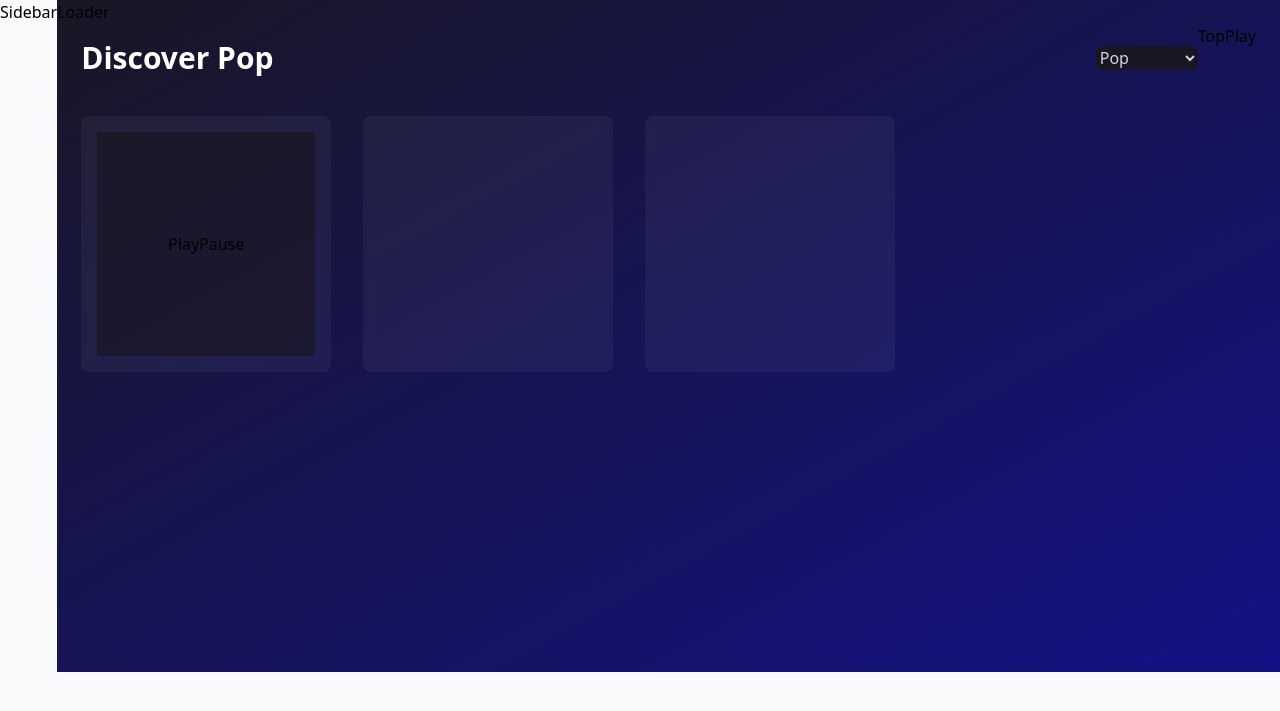
Repository: Chris24T/Dotify
Page: /
An editor plug-in stored every save of this project. The page is shown before and after the next save, followed by the edit.
The browser window is 1280 px wide. The pictures show the whole page.
The project was rebuilt for these pictures with package versions that can differ from the ones it lists, and the page was loaded fresh each time. Also part of the build but not shown: vite.config.js, src/components/ArtistCard.jsx, src/components/DetailsHeader.jsx, src/components/SongBar.jsx, src/components/RelatedSongs.jsx, src/components/MusicPlayer/Controls.jsx, src/components/MusicPlayer/Player.jsx, src/components/MusicPlayer/Seekbar.jsx and 12 more.

Above is the page before, as saved 2022-12-03 22:06:01.

### src/redux/store.js
import { configureStore } from '@reduxjs/toolkit';

import { shazamCoreApi } from './services/shazamCore';
import playerReducer from './features/playerSlice';

export const store = configureStore({
  reducer: {
    player: playerReducer,
    [shazamCoreApi.reducerPath]: shazamCoreApi.reducer,
  },
  middleware: (getDefaultMiddleware) =>
    getDefaultMiddleware().concat(shazamCoreApi.middleware),
});

### src/redux/services/shazamCore.js
import { createApi, fetchBaseQuery } from '@reduxjs/toolkit/query/react';

const baseHeaders = {
  'X-RapidAPI-Key': 'aa86041609msh651730729ed9b3dp1da6e2jsn7ec97b06be13',
  'X-RapidAPI-Host': 'shazam-core.p.rapidapi.com',
};

export const shazamCoreApi = createApi({
  reducerPath: 'shazamCoreApi',
  baseQuery: fetchBaseQuery({
    baseUrl: 'https://shazam-core.p.rapidapi.com/v1',
    prepareHeaders: (headers) => {
      headers.set({ baseHeaders });
      return headers;
    },
  }),
  endpoints: (builder) => ({
    getTopCharts: builder.query({ query: (genre) => '/charts/world' }),
  }),
});
// redux toolkit auto generates a hook
export const { useGetTopChartsQuery } = shazamCoreApi;

### src/redux/features/playerSlice.js
import { createSlice } from '@reduxjs/toolkit';

const initialState = {
  currentSongs: [],
  currentIndex: 0,
  isActive: false,
  isPlaying: false,
  activeSong: {},
  genreListId: '',
};

const playerSlice = createSlice({
  name: 'player',
  initialState,
  reducers: {
    setActiveSong: (state, action) => {
      state.activeSong = action.payload.song;

      if (action.payload?.data?.tracks?.hits) {
        state.currentSongs = action.payload.data.tracks.hits;
      } else if (action.payload?.data?.properties) {
        state.currentSongs = action.payload?.data?.tracks;
      } else {
        state.currentSongs = action.payload.data;
      }

      state.currentIndex = action.payload.i;
      state.isActive = true;
    },

    nextSong: (state, action) => {
      if (state.currentSongs[action.payload]?.track) {
        state.activeSong = state.currentSongs[action.payload]?.track;
      } else {
        state.activeSong = state.currentSongs[action.payload];
      }

      state.currentIndex = action.payload;
      state.isActive = true;
    },

    prevSong: (state, action) => {
      if (state.currentSongs[action.payload]?.track) {
        state.activeSong = state.currentSongs[action.payload]?.track;
      } else {
        state.activeSong = state.currentSongs[action.payload];
      }

      state.currentIndex = action.payload;
      state.isActive = true;
    },

    playPause: (state, action) => {
      state.isPlaying = action.payload;
    },

    selectGenreListId: (state, action) => {
      state.genreListId = action.payload;
    },
  },
});

export const { setActiveSong, nextSong, prevSong, playPause, selectGenreListId } = playerSlice.actions;

export default playerSlice.reducer;

### src/components/SongCard.jsx
import { Link } from 'react-router-dom';
import { useDispatch } from 'react-redux';

import PlayPause from './PlayPause';
import { playPause, setActiveSong } from '../redux/features/playerSlice';

const SongCard = ({ song, i }) => {
  const activeSong = { title: 'Test' };

  return (
    <div
      className="flex flex-col w-[250px] p-4 bg-white/5 bg-opacity-80
     backdrop-blur-sm animate-slideup rounded-lg cursor-pointer"
    >
      <div className="relative w-full h-56 group">
        <div
          className={`absolute inset-0 justify-center items-center
          bg-black bg-opacity-50 group-hover:flex ${
            activeSong?.title === song.title
              ? 'flex bg-black bg-opacity-70'
              : 'hidden'
          }`}
        >
          <PlayPause />
        </div>
      </div>
    </div>
  );
};

export default SongCard;

### src/pages/Discover.jsx
import { Error, Loader, SongCard } from '../components';
import { genres } from '../assets/constants';

import { useGetTopChartsQuery } from '../redux/services/shazamCore';

const Discover = () => {
  // const { data, isFetching, error } = useGetTopChartsQuery();
  const data = [{ title: 'Test' }, { title: 'mySong' }, { title: 'sing' }];
  const isFetching = false;
  const genreTitle = 'Pop';

  if (isFetching) return <Loader title="Loading Songs..." />;
  // if (error) return <Error />;

  return (
    <div className="flex flex-col">
      <div className="w-full flex justify-between items-center sm:flex-row flex-col mt-4 mb-10">
        <h2 className="font-bold text-3xl text-white text-left">
          Discover {genreTitle}
        </h2>
        <select
          onChange={() => {}}
          value=""
          className="bg-black rounded-lg outline-none text-gray-300 sm:mt-0 mt-5"
        >
          {genres.map((genre) => (
            <option key={genre.value} value={genre.value}>
              {genre.title}
            </option>
          ))}
        </select>
      </div>
      <div className="flex flex-wrap sm:justify-start justify-center gap-8">
        {data.map((song, i) => {
          return <SongCard key={song.key} song={song} i={i}></SongCard>;
        })}
      </div>
    </div>
  );
};

export default Discover;

### src/components/PlayPause.jsx
const PlayPause = () => <div>PlayPause</div>;

export default PlayPause;

### src/assets/constants.js
import { HiOutlineHashtag, HiOutlineHome, HiOutlinePhotograph, HiOutlineUserGroup } from 'react-icons/hi';

export const genres = [
  { title: 'Pop', value: 'POP' },
  { title: 'Hip-Hop', value: 'HIP_HOP_RAP' },
  { title: 'Dance', value: 'DANCE' },
  { title: 'Electronic', value: 'ELECTRONIC' },
  { title: 'Soul', value: 'SOUL_RNB' },
  { title: 'Alternative', value: 'ALTERNATIVE' },
  { title: 'Rock', value: 'ROCK' },
  { title: 'Latin', value: 'LATIN' },
  { title: 'Film', value: 'FILM_TV' },
  { title: 'Country', value: 'COUNTRY' },
  { title: 'Worldwide', value: 'WORLDWIDE' },
  { title: 'Reggae', value: 'REGGAE_DANCE_HALL' },
  { title: 'House', value: 'HOUSE' },
  { title: 'K-Pop', value: 'K_POP' },
];

export const links = [
  { name: 'Discover', to: '/', icon: HiOutlineHome },
  { name: 'Around You', to: '/around-you', icon: HiOutlinePhotograph },
  { name: 'Top Artists', to: '/top-artists', icon: HiOutlineUserGroup },
  { name: 'Top Charts', to: '/top-charts', icon: HiOutlineHashtag },
];

Loaded but not shown: index.html (common file); src/index.jsx (common file); src/index.css (common file); src/App.jsx (common file); src/components/index.js (common file); src/pages/index.js (common file); src/components/Sidebar.jsx (common file); src/components/Searchbar.jsx (common file); src/components/TopPlay.jsx (common file); tailwind.config.js (common file)

After the next save:
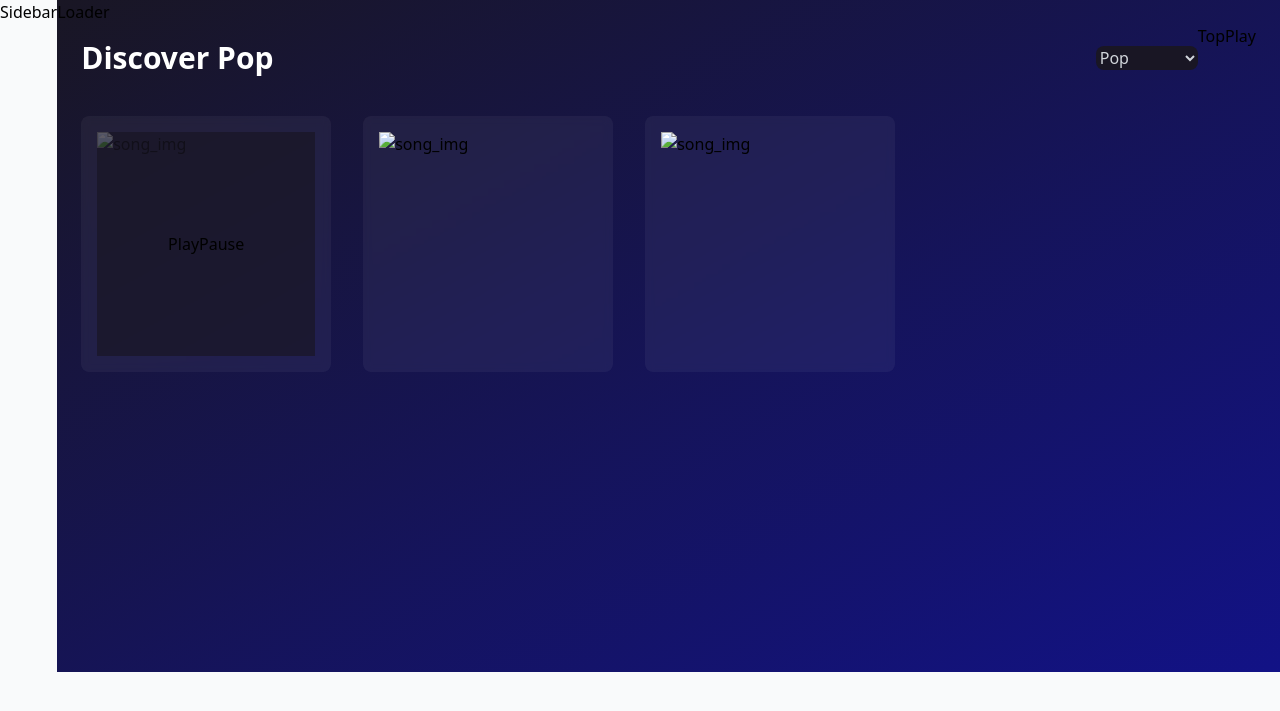
Saved 76 s later.
--- a/src/components/SongCard.jsx
+++ b/src/components/SongCard.jsx
@@ -23,6 +23,7 @@ const SongCard = ({ song, i }) => {
         >
           <PlayPause />
         </div>
+        <img alt="song_img" src={song.image?.coverart} />
       </div>
     </div>
   );
